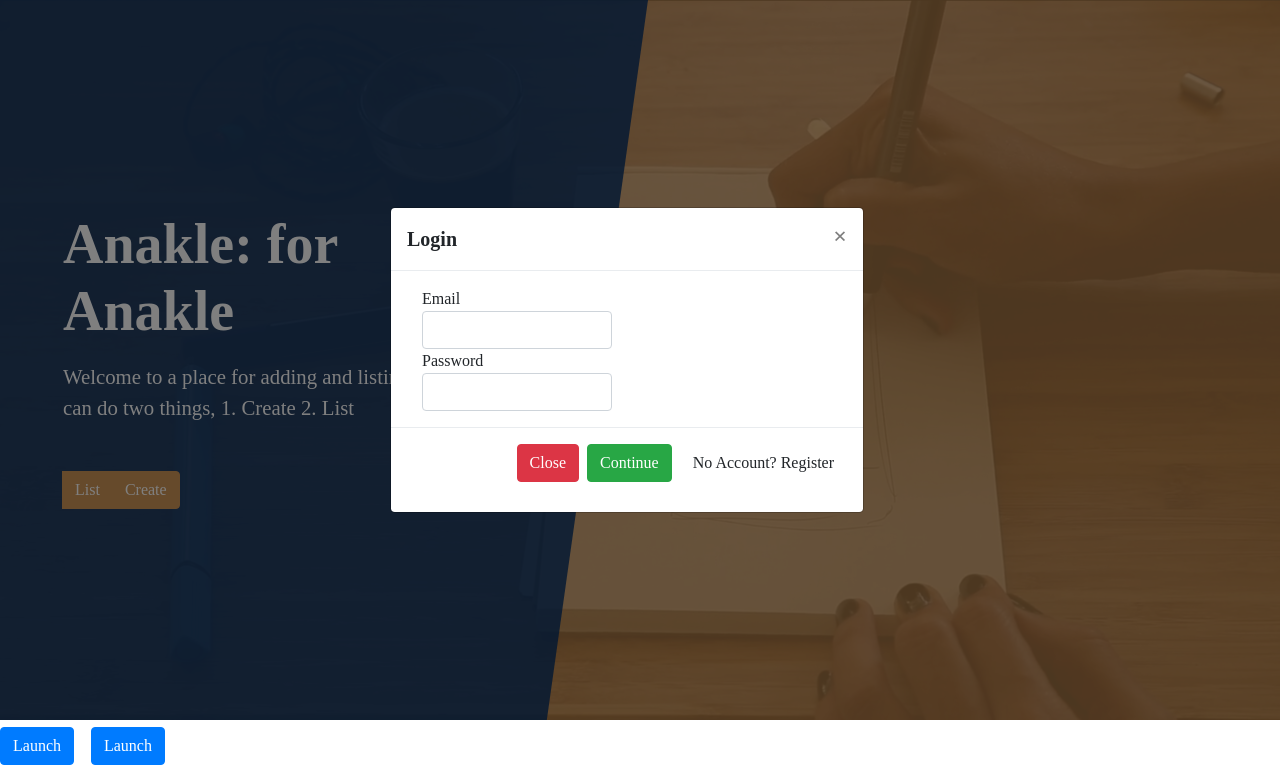
Repository: Guruscode/mega-list
Page: http://localhost/
These files come from the project's save history. The page is drawn as it stood at one moment and after the next save; the edit follows.
The browser window is 1280 px wide. The pictures show the whole page.
After loading, the first visible `a.pull-right` was clicked once.
Some web fonts or font styles are not loaded; a fallback is used. The page is run by PHP 8.4 with error messages shown; the project is at /var/www/html/.

Above is the page before, as saved 2018-02-22 16:30:42.
Console error: TypeError: Cannot read properties of undefined (reading 'fn')

### index.php
<!DOCTYPE html>
<html lang="en">
<head>
    <meta charset="UTF-8">
    <meta name="viewport" content="width=device-width, initial-scale=1.0">
    <meta http-equiv="X-UA-Compatible" content="ie=edge">

    <link rel="stylesheet" href="css/bootstrap.min.css">
    <link href="css/welcome.min.css" rel="stylesheet">
    <link href="https://fonts.googleapis.com/css?family=Source+Sans+Pro:200,200i,300,300i,400,400i,600,600i,700,700i,900,900i" rel="stylesheet">
    <link href="https://fonts.googleapis.com/css?family=Merriweather:300,300i,400,400i,700,700i,900,900i" rel="stylesheet">
    <link href="vendor/font-awesome/css/font-awesome.min.css" rel="stylesheet">
    <title>Anakle: For Anakle</title>
</head>
<body>

        <div class="overlay"></div>

        <div class="masthead">
        <div class="masthead-bg"></div>
        <div class="container h-100">
            <div class="row h-100">
            <div class="col-12 my-auto">
                <div class="masthead-content text-white py-5 py-md-0">
                <h1 class="mb-3">Anakle: for Anakle</h1>
                <p class="mb-5">Welcome to a place for adding and listing. You can do two things, 1. Create 2. List</p>
                <div class="input-group input-group-newsletter">

                    <div class="input-group-append">
                        <a href="list.php" class="btn btn-secondary pull-left">List</a>
                        <a onclick="checklogin()"  class="btn btn-secondary pull-right">Create</a>
                    </div>
                </div>
                </div>
            </div>
            </div>
        </div>
        </div>

<!-- login modal starts-->


<!-- Button trigger modal -->
<button type="button" class="btn btn-primary" id="login_modal" data-toggle="modal" data-target="#exampleModalCenter">
  Launch
</button>

<!-- Modal -->
<div class="modal fade" id="exampleModalCenter" tabindex="-1" role="dialog" aria-labelledby="exampleModalCenterTitle" aria-hidden="true">
  <div class="modal-dialog modal-dialog-centered" role="document">
    <div class="modal-content">
      <div class="modal-header">
        <h5 class="modal-title" id="exampleModalLongTitle">Login</h5>
        <button type="button" class="close" data-dismiss="modal" aria-label="Close">
          <span aria-hidden="true">&times;</span>
        </button>
      </div>
      <div class="modal-body">

            <div class="col-md-6">Email</div><div class="col-md-6"><input type="text" name="email" class="form-control" /></div>
            <div class="col-md-6">Password</div><div class="col-md-6"><input type="text" name="password"  class="form-control"/></div>

      </div>
      <div class="modal-footer">
        <button type="button" class="btn btn-danger" data-dismiss="modal" id="lf_close">Close</button>
        <button onclick="login()" type="button" class="btn btn-success">Continue</button>
        <a class="btn btn-default" onclick="switchForm('lf')">No Account? Register</button>
      </div>
    </div>
  </div>
</div>

<!-- Login Register Modal Ends -->


<!-- register modal starts-->


<!-- Button trigger modal -->
<button type="button" class="btn btn-primary" id="register_modal" data-toggle="modal" data-target="#registerModalCenter">
  Launch
</button>

<!-- Modal -->
<div class="modal fade" id="registerModalCenter" tabindex="-1" role="dialog" aria-labelledby="registerModalCenterTitle" aria-hidden="true">
  <div class="modal-dialog modal-dialog-centered" role="document">
    <div class="modal-content">
      <div class="modal-header">
        <h5 class="modal-title" id="registerModalLongTitle">Register</h5>
        <button type="button" class="close" data-dismiss="modal" aria-label="Close">
          <span aria-hidden="true">&times;</span>
        </button>
      </div>
      <div class="modal-body">

            <div class="col-md-6">Name</div><div class="col-md-6"><input type="text" name="name" class="form-control" /></div>
            <div class="col-md-6">Email</div><div class="col-md-6"><input type="text" name="email"  class="form-control"/></div>
            <div class="col-md-6">Password</div><div class="col-md-6"><input type="text" name="password" class="form-control" /></div>

      </div>
      <div class="modal-footer">
        <button type="button" class="btn btn-danger" data-dismiss="modal" id="rf_close">Close</button>
        <button onclick="login()" type="button" class="btn btn-primary">login</button>
        <a  class="btn btn-default" onclick="switchForm('rf')">Have Account? Login</button>
      </div>
    </div>
  </div>
</div>

<!-- Register Modal Ends -->

<script src="js/bootstrap.min.js"></script>
<script src="js/jquery-3.3.1.min.js"></script>
<script src="js/bootstrap.bundle.min.js"></script>
<script src="js/jquery.vide.min.js"></script>
<script src="js/welcome.min.js"></script>

<script>

    function checklogin(){

        $.ajax('checkuserlogin.php', {
            data: {
                id: null
            }
        })
        .then(
            function success(response) {
                if(response == 'yes'){
                    console.log('display add form');
                    $('#add_modal').click();
                }else{
                    console.log('display login form');
                    $('#login_modal').click();
                }

                console.log(response);
            },

            function fail(data, status) {
                alert(status);
            }
        );

    }

    function login(){



    }

    function switchForm(n){

        if(n == 'rf'){

            // open login form
            //close register form
            $('#rf_close').click();
            $('#login_modal').click();

        }else{
            //open register form
            //close login form
            $('#lf_close').click();
            $('#register_modal').click();
        }

    }

</script>

</body>
</html>

### checkuserlogin.php
<?php

require_once("__autoload.php");

$session =  new Session;

if($session->checkUser()){

    echo "yes";

}else{

    echo "no";

}

### __autoload.php
<?php
/**
* Simple Autoload file to get all needed files in the lib folder
* File should follow the naming convention,
* [name].lib.php
*
* @author Seyi Onifade <xyluz@ymail.com>
* @copyright xyluz
* @license GNU GENERAL PUBLIC LICENSE Version 3
*/

spl_autoload_register(function ($class_name) {
    include 'lib/' .$class_name . '.lib.php';
});

### lib/session.lib.php
<?php

/**
* Basic Session Class to Take care of all database logic
*
*
* fetch() methods stores result set in an array
* MySQL connection is closed with destruct method.
*
* @author Seyi Onifade <xyluz@ymail.com>
* @copyright xyluz
* @license GNU GENERAL PUBLIC LICENSE Version 3
*/

class Session extends Database {

    protected $isLogged = false;



    public function __construct() {

       session_start();

    }

    public function checkUser(){

        if(isset($_SESSION['loggedIn'])){

            $this->isLogged = true;

        }

        return $this->isLogged;

    }

    public function login($id){

        $_SESSION['loggedIn'] = $id;

    }

    public function logout(){

        unset($_SESSION['loggedIn']);
        session_destroy();

    }



}

### lib/Database.lib.php
<?php


class Database  {

    protected $dbuser = 'root';
    protected $dbpass = 'root';
    protected $dbname = 'anakle';
    protected $dbport = 3306;
    protected $dbhost = 'localhost';
    protected $db;

    function __construct() {



        if (mysqli_connect_errno()) {
            echo "Database error " . mysqli_connect_error();

        }

    }

    public function connection(){

        $this->db = mysqli_connect($this->dbhost, $this->dbuser, $$this->dbpass, $$this->dbname);

    }

    public function index(){
        echo "I am inside database";
    }

    public function query(){



    }

    public function sort(){


    }

}

Loaded but not shown: css/bootstrap.min.css (library); css/welcome.min.css (common file); js/bootstrap.min.js (library); js/jquery-3.3.1.min.js (library); js/bootstrap.bundle.min.js (library); js/jquery.vide.min.js (library); js/welcome.min.js (common file)

After the next save:
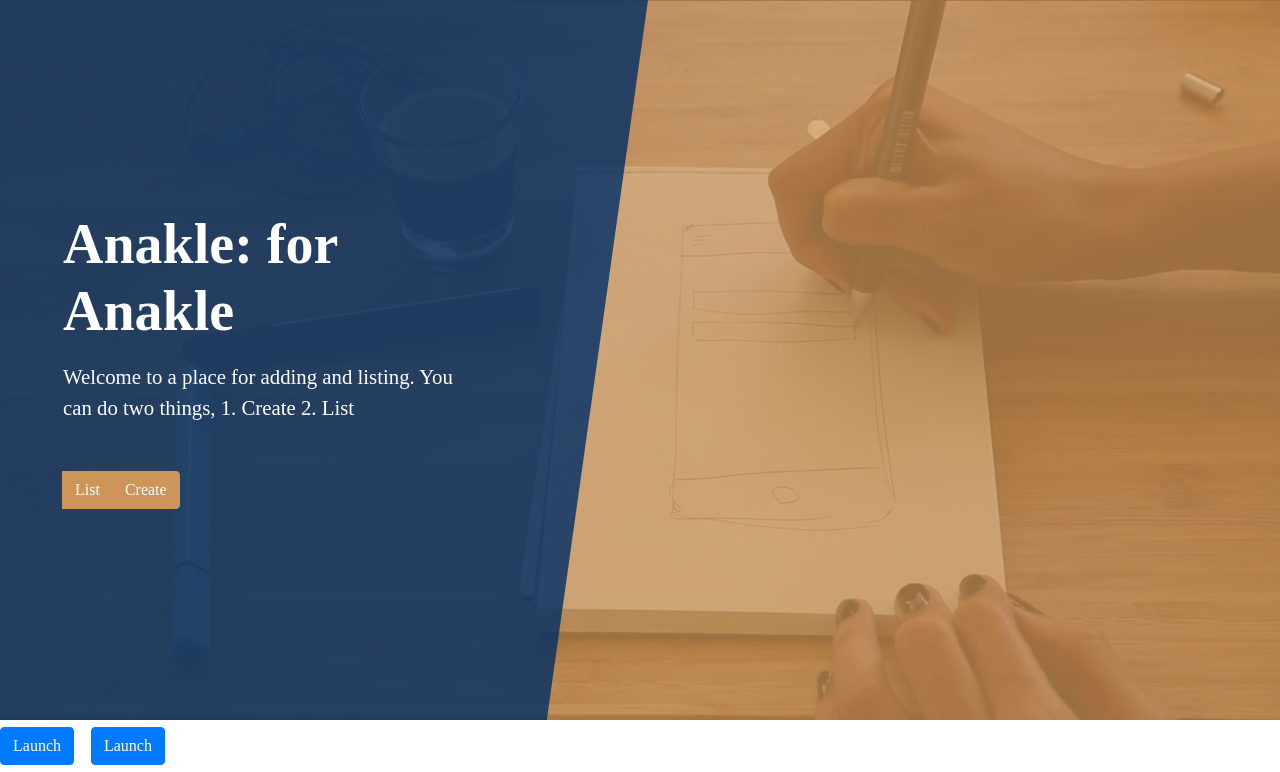
Saved 6 min 36 s later.
--- a/index.php
+++ b/index.php
@@ -131,7 +131,7 @@
                     $('#add_modal').click();
                 }else{
                     console.log('display login form');
-                    $('#login_modal').click();
+                    $('#register_modal').click();
                 }
 
                 console.log(response);
